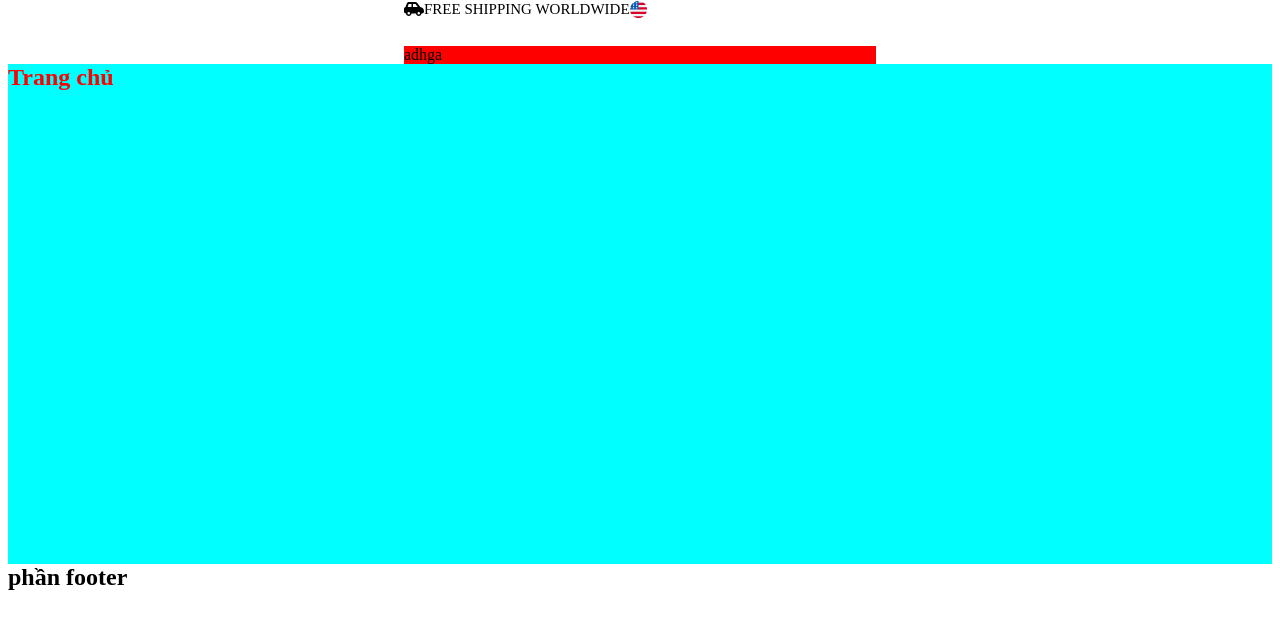
Repository: tatvanhco/shopper
Page: /
These files come from the project's save history. The page is drawn as it stood at one moment and after the next save; the edit follows.
The browser window is 1280 px wide. The pictures show the whole page.
The project was rebuilt for these pictures with package versions that can differ from the ones it lists, and the page was loaded fresh each time.

Above is the page before, as saved 2022-09-23 20:33:24.

### src/index.tsx
import React from 'react';
import { createRoot } from 'react-dom/client';
import { Provider } from 'react-redux';
import { store } from './app/store';
import App from './App';
import reportWebVitals from './reportWebVitals';
import './index.css';

const container = document.getElementById('root')!;
const root = createRoot(container);

root.render(
    <React.StrictMode>
        <Provider store={store}>
            <App />
        </Provider>
    </React.StrictMode>,
);

// If you want to start measuring performance in your app, pass a function
// to log results (for example: reportWebVitals(console.log))
// or send to an analytics endpoint. Learn more: https://bit.ly/CRA-vitals
reportWebVitals();

### src/app/store.ts
import { configureStore, ThunkAction, Action, getDefaultMiddleware } from '@reduxjs/toolkit';
import createSagaMiddleware from '@redux-saga/core';
import rootSaga from './rootSaga';

const sagaMiddleware = createSagaMiddleware();
export const store = configureStore({
    reducer: {

    },
    middleware: (getDefaultMiddleware) => {
        return getDefaultMiddleware().concat(sagaMiddleware);
    },
});

sagaMiddleware.run(rootSaga);

export type AppDispatch = typeof store.dispatch;
export type RootState = ReturnType<typeof store.getState>;
export type AppThunk<ReturnType = void> = ThunkAction<ReturnType, RootState, unknown, Action<string>>;

### src/App.tsx
import React from 'react';
import './App.scss';
import Header from 'components/header/header';
import Footer from 'components/footer/footer';
import Home from 'pages/home/home';

function App() {
    return (
        <div className="App">
            <Header />
            <Home />
            <Footer />
        </div>
    );
}

export default App;

### src/index.css
/* @import 'normalize.css'; */
@import url('https://fonts.googleapis.com/css2?family=Roboto:wght@300;400;500;700&display=swap');

html {
    margin: -15px 0 0 0;
    padding: 0;
    /* font-family: -apple-system, BlinkMacSystemFont, 'Segoe UI', 'Roboto', 'Oxygen', 'Ubuntu', 'Cantarell', 'Fira Sans',
        'Droid Sans', 'Helvetica Neue', sans-serif; */
    -webkit-font-smoothing: antialiased;
    -moz-osx-font-smoothing: grayscale;
}

code {
    font-family: source-code-pro, Menlo, Monaco, Consolas, 'Courier New', monospace;
}

p {
    margin: 0 !important;
    line-height: initial;
}

h1,
h2 {
    margin: 0;
}

### src/app/rootSaga.ts
function* rootSaga() {
    console.log('hahahha');
}

export default rootSaga;

### src/App.scss
html {
    margin: 0;
    padding: 0;
}

.container {
    padding: 0px 16px;
    margin: 0 380px;
}

.d-flex {
    display: flex;
}

.ul {
    list-style: none;
    padding-left: 0;
}

.title {
    font-size: 15px;
}

### src/components/header/header.tsx
import clsx from 'clsx';
import { FontAwesomeIcon } from '@fortawesome/react-fontawesome';
import { Fragment } from 'react';
import styles from './header.module.scss';
import { faCarSide } from '@fortawesome/free-solid-svg-icons';

function header() {
    return (
        <Fragment>
            <div className="header">
                <div className="container">
                    <div className={clsx(styles.headerContact)}>
                        <div className="headerContactRight">
                            <ul className={clsx('headerContactRightItems', 'ul', 'd-flex')}>
                                <li className={clsx('headerContactRightItem', 'd-flex')}>
                                    <FontAwesomeIcon icon={faCarSide} />
                                    <p className={clsx('title')}>FREE SHIPPING WORLDWIDE</p>
                                </li>
                                <li className={clsx('headerContactRightItem', 'd-flex')}>
                                    <img
                                        src="data:[embedded picture, 137 characters]
                                        nLzIwMDAvc3ZnIj4KPHBhdGggZD0iTTcgMTRDMTAuODY2IDE0IDE0IDEwLjg2NiAxNCA3QzE0IDMuMTM0MDEgMTAuODY2IDAgNyAwQzMuMTM0MDEgMCAwIDMuMTM0MDEgMCA3QzAgMTAuO
                                        DY2IDMuMTM0MDEgMTQgNyAxNFoiIGZpbGw9IiNGMEYwRjAiLz4KPHBhdGggZD0iTTYuNjk1OCA2Ljk5OTk4SDE0LjAwMDFDMTQuMDAwMSA2LjM2ODE4IDEzLjkxNTkgNS43NTYxMiAxMy4
                                        3NTkgNS4xNzM4OUg2LjY5NThWNi45OTk5OFoiIGZpbGw9IiNEODAwMjciLz4KPHBhdGggZD0iTTYuNjk1OCAzLjM0NzgzSDEyLjk3MjdDMTIuNTQ0MiAyLjY0ODU5IDExLjk5NjMgMi4wM
                                        zA1NCAxMS4zNTc1IDEuNTIxNzNINi42OTU4VjMuMzQ3ODNaIiBmaWxsPSIjRDgwMDI3Ii8+CjxwYXRoIGQ9Ik02Ljk5OTk3IDE0QzguNjQ3NCAxNCAxMC4xNjE2IDEzLjQzMDYgMTEuMzU
                                        3NCAxMi40NzgzSDIuNjQyNThDMy44MzgzMiAxMy40MzA2IDUuMzUyNTMgMTQgNi45OTk5NyAxNFoiIGZpbGw9IiNEODAwMjciLz4KPHBhdGggZD0iTTEuMDI3NDggMTAuNjUyMkgxMi45N
                                        zI3QzEzLjMxNjcgMTAuMDkwOCAxMy41ODM1IDkuNDc3MjMgMTMuNzU4OSA4LjgyNjA3SDAuMjQxMjExQzAuNDE2Njc2IDkuNDc3MjMgMC42ODM0NjkgMTAuMDkwOCAxLjAyNzQ4IDEwLjY
                                        1MjJaIiBmaWxsPSIjRDgwMDI3Ii8+CjxwYXRoIGQ9Ik0zLjI0MjUzIDEuMDkzMTVIMy44ODA0M0wzLjI4NzA3IDEuNTI0MjJMMy41MTM3MyAyLjIyMTczTDIuOTIwMzkgMS43OTA2NkwyL
                                        jMyNzA2IDIuMjIxNzNMMi41MjI4NCAxLjYxOTE2QzIuMDAwNDEgMi4wNTQzNCAxLjU0MjUyIDIuNTY0MTkgMS4xNjUxNyAzLjEzMjI4SDEuMzY5NTdMMC45OTE4NjcgMy40MDY2OEMwLjk
                                        zMzAyMyAzLjUwNDg0IDAuODc2NTg2IDMuNjA0NTYgMC44MjI1IDMuNzA1NzZMMS4wMDI4NiA0LjI2MDg3TDAuNjY2MzY3IDQuMDE2MzlDMC41ODI3MjMgNC4xOTM2IDAuNTA2MjE1IDQuM
                                        zc0ODEgMC40Mzc0NDUgNC41NTk3OUwwLjYzNjE1MiA1LjE3MTQxSDEuMzY5NTdMMC43NzYyMDcgNS42MDI0OUwxLjAwMjg2IDYuM0wwLjQwOTUyNyA1Ljg2ODkzTDAuMDU0MTEzMyA2LjE
                                        yNzE2QzAuMDE4NTM5MSA2LjQxMzEyIDAgNi43MDQzOSAwIDdIN0M3IDMuMTM0MDMgNyAyLjY3ODI3IDcgMEM1LjYxNzE3IDAgNC4zMjgxMSAwLjQwMTEzMyAzLjI0MjUzIDEuMDkzMTVaT
                                        TMuNTEzNzMgNi4zTDIuOTIwMzkgNS44Njg5M0wyLjMyNzA2IDYuM0wyLjU1MzcxIDUuNjAyNDlMMS45NjAzNiA1LjE3MTQxSDIuNjkzNzdMMi45MjAzOSA0LjQ3MzlMMy4xNDcwMiA1LjE
                                        3MTQxSDMuODgwNDNMMy4yODcwNyA1LjYwMjQ5TDMuNTEzNzMgNi4zWk0zLjI4NzA3IDMuNTYzMzZMMy41MTM3MyA0LjI2MDg3TDIuOTIwMzkgMy44Mjk3OUwyLjMyNzA2IDQuMjYwODdMM
                                        i41NTM3MSAzLjU2MzM2TDEuOTYwMzYgMy4xMzIyOEgyLjY5Mzc3TDIuOTIwMzkgMi40MzQ3N0wzLjE0NzAyIDMuMTMyMjhIMy44ODA0M0wzLjI4NzA3IDMuNTYzMzZaTTYuMDI0NTkgNi4
                                        zTDUuNDMxMjYgNS44Njg5M0w0LjgzNzkzIDYuM0w1LjA2NDU4IDUuNjAyNDlMNC40NzEyMiA1LjE3MTQxSDUuMjA0NjRMNS40MzEyNiA0LjQ3MzlMNS42NTc4OSA1LjE3MTQxSDYuMzkxM
                                        0w1Ljc5Nzk0IDUuNjAyNDlMNi4wMjQ1OSA2LjNaTTUuNzk3OTQgMy41NjMzNkw2LjAyNDU5IDQuMjYwODdMNS40MzEyNiAzLjgyOTc5TDQuODM3OTMgNC4yNjA4N0w1LjA2NDU4IDMuNTY
                                        zMzZMNC40NzEyMiAzLjEzMjI4SDUuMjA0NjRMNS40MzEyNiAyLjQzNDc3TDUuNjU3ODkgMy4xMzIyOEg2LjM5MTNMNS43OTc5NCAzLjU2MzM2Wk01Ljc5Nzk0IDEuNTI0MjJMNi4wMjQ1O
                                        SAyLjIyMTczTDUuNDMxMjYgMS43OTA2Nkw0LjgzNzkzIDIuMjIxNzNMNS4wNjQ1OCAxLjUyNDIyTDQuNDcxMjIgMS4wOTMxNUg1LjIwNDY0TDUuNDMxMjYgMC4zOTU2MzdMNS42NTc4OSA
                                        xLjA5MzE1SDYuMzkxM0w1Ljc5Nzk0IDEuNTI0MjJaIiBmaWxsPSIjMDA1MkI0Ii8+Cjwvc3ZnPgo="
                                        alt=""
                                    />
                                </li>
                                <li className={clsx('headerContactRightItem', 'd-flex')}></li>
                                <li className={clsx('headerContactRightItem', 'd-flex')}></li>
                            </ul>
                        </div>
                        <div className="headerContactLeft"></div>
                    </div>
                    <div className={clsx(styles.headerFrom)}>adhga</div>
                </div>
            </div>
        </Fragment>
    );
}

export default header;

### src/components/footer/footer.tsx
function footer() {
    return <h2>phần footer</h2>;
}

export default footer;

### src/pages/home/home.tsx
import clsx from 'clsx';
import styles from './home.module.scss';

function Home() {
    return (
        <>
            <h2 className={clsx(styles.heading)}>Trang chủ</h2>
        </>
    );
}

export default Home;

### src/components/header/header.module.scss
.headerContact {
    height: 45px;
}

.headerFrom {
    background-color: red;
}

### src/pages/home/home.module.scss
.heading {
    height: 500px;
    background-color: aqua;
    color: red;
}

.active {
    background-color: yellow;
}

Loaded but not shown: public/index.html (common file); src/reportWebVitals.ts (common file)

After the next save:
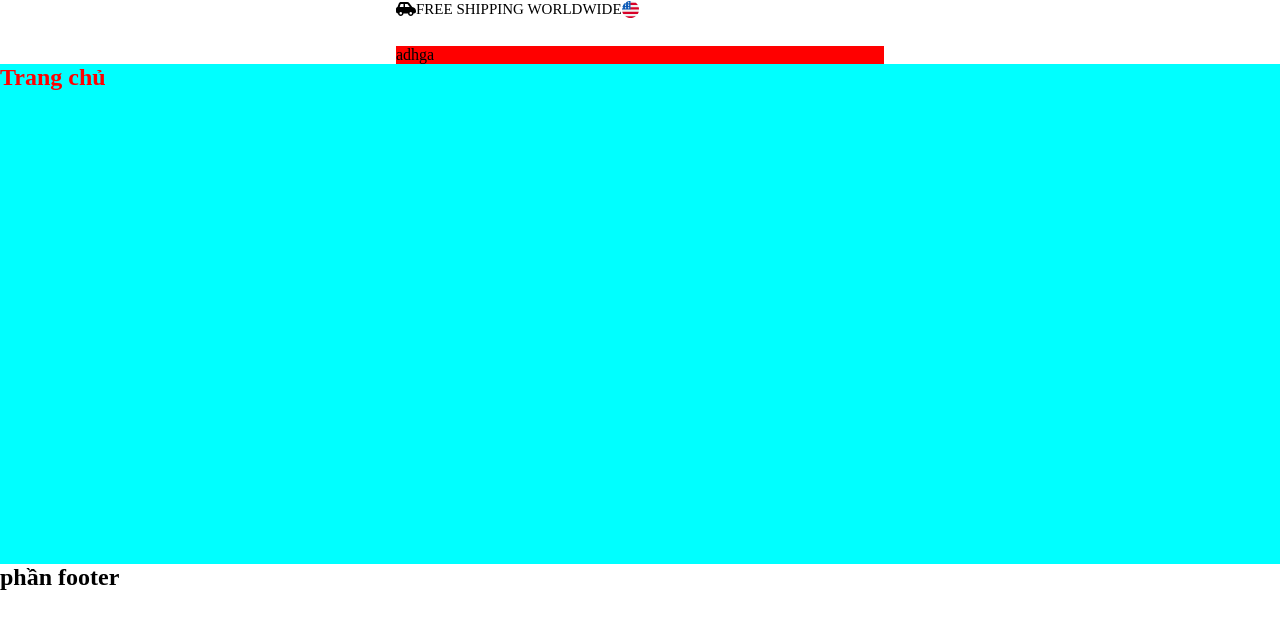
Saved 16 s later.
--- a/src/index.css
+++ b/src/index.css
@@ -1,4 +1,4 @@
-/* @import 'normalize.css'; */
+@import 'normalize.css';
 @import url('https://fonts.googleapis.com/css2?family=Roboto:wght@300;400;500;700&display=swap');
 
 html {

After the 3 saves that followed:
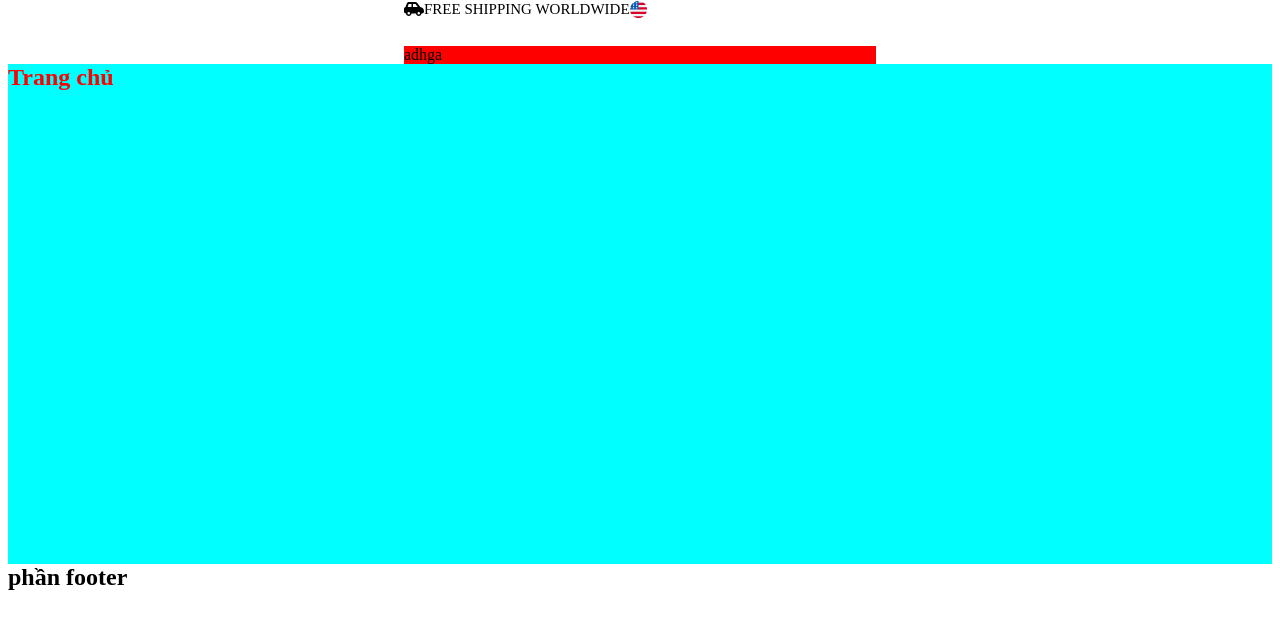
The 3 saves are shown as one change because they came seconds apart.
The last was saved 12 s later.
--- a/src/index.css
+++ b/src/index.css
@@ -1,4 +1,4 @@
-@import 'normalize.css';
+/* @import 'normalize.css'; */
 @import url('https://fonts.googleapis.com/css2?family=Roboto:wght@300;400;500;700&display=swap');
 
 html {
